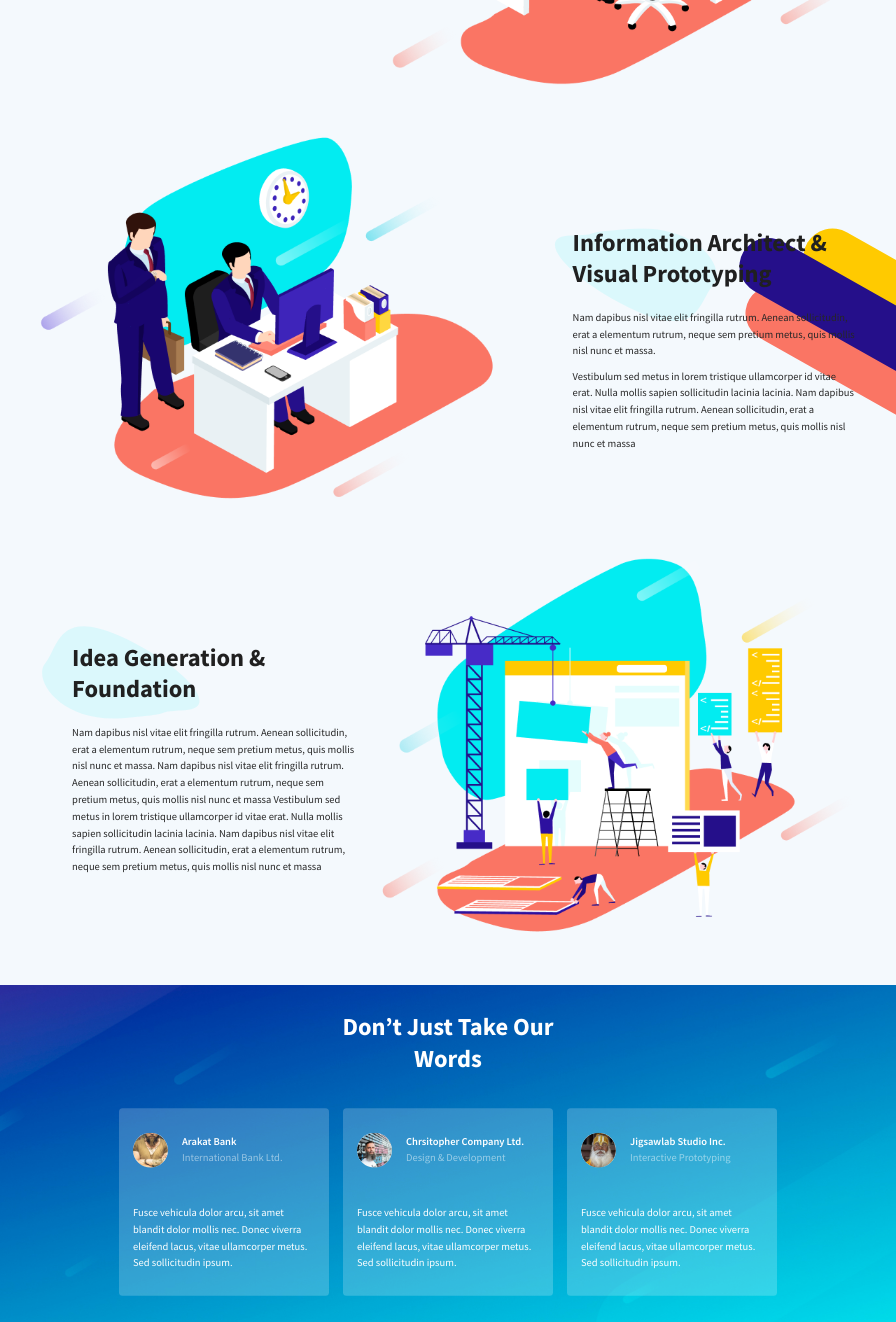
Repository: advert31337/marafon_from0to1_MartaUP
Page: index.html
The author's editor kept a copy of each file at every save. The page is drawn from the files as they stood at one save, then again after the next save.
The browser window is 1280 px wide. The pictures show the part of the page from y = 1833 to 3753 px (the page is 3722 px tall before and 3753 px after), at 70% of full size.

Above is the page before, as saved 2020-03-08 11:39:51.

### index.html
<!DOCTYPE html>
<html lang="en">

<head>
    <meta charset="UTF-8">
    <meta name="viewport" content="width=device-width, initial-scale=1.0">
    <title>Marafon MartaUP</title>
    <link href="https://fonts.googleapis.com/css?family=Source+Sans+Pro:400,600,700&display=swap" rel="stylesheet">
    <link rel="stylesheet" href="css/reset.css">
    <link rel="stylesheet" href="css/slick.css">
    <link rel="stylesheet" href="css/style.css">
</head>

<body>
    <header class="header">

        <div class="container">
            <div class="header__top">

                <div class="logo">
                    <a href="#!">+
                        <img src="images/logo.svg" alt="">
                    </a>
                </div>

                <nav class="menu">
                    <ul class="menu__list">
                        <li><a class="menu__list-item" href="#">home</a></li>
                        <li><a class="menu__list-item" href="#">work</a></li>
                        <li><a class="menu__list-item" href="#">about</a></li>
                        <li><a class="menu__list-item" href="#">contact</a></li>
                    </ul>
                </nav>

                <div class="header-btn">
                    <a class="login" href="#">login</a>
                    <a class="sign-up" href="#">sign up</a>
                </div>

            </div>

            <div class="header-slider">
                <div class="header-slider__item">
                    <div class="header-slider__item-content">

                        <div class="header-slider__item-info">
                            <h3 class="header-slider__title">
                                We Build Apps & Websites
                                for Your Business
                            </h3>
                            <div class="header-slider__description">
                                For startups, For businesses & For you
                            </div>
                            <a href="" class="header-slider__btn">Request a quote</a>
                        </div>

                        <div class="header-slider__item-images">
                            <img src="images/slider-img.png" alt="">
                        </div>
                    </div>
                </div>


                <div class="header-slider__item">
                    <div class="header-slider__item-content">

                        <div class="header-slider__item-info">
                            <h3 class="header-slider__title">
                                We Build Apps & Websites
                                for Your Business
                            </h3>
                            <div class="header-slider__description">
                                For startups, For businesses & For you
                            </div>
                            <a href="" class="header-slider__btn">Request a quote</a>
                        </div>

                        <div class="header-slider__item-images">
                            <img src="images/slider-img.png" alt="">
                        </div>
                    </div>
                </div>


                <div class="header-slider__item">
                    <div class="header-slider__item-content">

                        <div class="header-slider__item-info">
                            <h3 class="header-slider__title">
                                We Build Apps & Websites
                                for Your Business
                            </h3>
                            <div class="header-slider__description">
                                For startups, For businesses & For you
                            </div>
                            <a href="" class="header-slider__btn">Request a quote</a>
                        </div>

                        <div class="header-slider__item-images">
                            <img src="images/slider-img.png" alt="">
                        </div>
                    </div>
                </div>


                <div class="header-slider__item">
                    <div class="header-slider__item-content">

                        <div class="header-slider__item-info">
                            <h3 class="header-slider__title">
                                We Build Apps & Websites
                                for Your Business
                            </h3>
                            <div class="header-slider__description">
                                For startups, For businesses & For you
                            </div>
                            <a href="" class="header-slider__btn">Request a quote</a>
                        </div>

                        <div class="header-slider__item-images">
                            <img src="images/slider-img.png" alt="">
                        </div>
                    </div>
                </div>


                <div class="header-slider__item">
                    <div class="header-slider__item-content">

                        <div class="header-slider__item-info">
                            <h3 class="header-slider__title">
                                We Build Apps & Websites
                                for Your Business
                            </h3>
                            <div class="header-slider__description">
                                For startups, For businesses & For you
                            </div>
                            <a href="" class="header-slider__btn">Request a quote</a>
                        </div>

                        <div class="header-slider__item-images">
                            <img src="images/slider-img.png" alt="">
                        </div>
                    </div>
                </div>
            </div>

        </div>

    </header>

    <section class="specialised">
        <div class="container">
            <div class="specialised__title title">
                We are specialised in
            </div>
            <div class="specialised__items">
                <div class="specialised__item">
                    <div class="specialised__item-img">
                        <img src="images/specialise-1.svg" alt="">
                    </div>

                    <div class="specialise__item-title">
                        UI/UX Design
                    </div>
                    <div class="specialise__item-text">
                        In hac habitasse platea dictumstmus adipiscing fermentum quam volutpat aliquam. Integer cilisis tristique.
                    </div>
                </div>
                <div class="specialised__item">
                    <div class="specialised__item-img">
                        <img src="images/specialise-2.svg" alt="">
                    </div>
                    <div class="specialise__item-title">
                        Web Development
                    </div>
                    <div class="specialise__item-text">
                        In hac habitasse platea dictumstmus adipiscing fermentum quam volutpat aliquam. Integer cilisis tristique.
                    </div>
                </div>
                <div class="specialised__item">
                    <div class="specialised__item-img">
                        <img src="images/specialise-3.svg" alt="">
                    </div>
                    <div class="specialise__item-title">
                        App Development
                    </div>
                    <div class="specialise__item-text">
                        In hac habitasse platea dictumstmus adipiscing fermentum quam volutpat aliquam. Integer cilisis tristique.
                    </div>
                </div>
            </div>
        </div>
    </section>

    <section class="advantages">
        <div class="container">

            <div class="advantages-box">
                <div class="advantages-box__info">
                    <div class="advantages-box__title">
                        Experienced Designers & Developers
                    </div>
                    <div class="advantages-box__text">
                        <p>
                            Nam dapibus nisl vitae elit fringilla rutrum. Aenean sollicitudin, erat a elementum rutrum, neque sem pretium metus, quis mollis nisl nunc et massa.
                        </p>
                        <p>
                            Vestibulum sed metus in lorem tristique ullamcorper id vitae erat.
                        </p>
                    </div>
                </div>

                <div class="advantages-box__img">
                    <img src="images/advantages-1.png" alt="">
                </div>
            </div>

            <div class="advantages-box advantages-box--right">
                <div class="advantages-box__info">
                    <div class="advantages-box__title">
                        Information Architect &
                        Visual Prototyping
                    </div>
                    <div class="advantages-box__text">
                        <p>
                            Nam dapibus nisl vitae elit fringilla rutrum. Aenean sollicitudin, erat a elementum rutrum, neque sem pretium metus, quis mollis nisl nunc et massa.
                        </p>
                        <p>
                            Vestibulum sed metus in lorem tristique ullamcorper id vitae erat. Nulla mollis sapien sollicitudin lacinia lacinia. Nam dapibus nisl vitae elit fringilla rutrum. Aenean sollicitudin, erat a elementum rutrum, neque sem pretium metus, quis mollis nisl nunc et massa
                        </p>
                    </div>
                </div>
                <div class="advantages-box__img">
                    <img src="images/advantages-2.png" alt="">
                </div>
            </div>

            <div class="advantages-box">
                <div class="advantages-box__info advantages-box__info--bg">
                    <div class="advantages-box__title">
                        Idea Generation & Foundation
                    </div>
                    <div class="advantages-box__text">
                        <p>
                            Nam dapibus nisl vitae elit fringilla rutrum. Aenean sollicitudin, erat a elementum rutrum, neque sem pretium metus, quis mollis nisl nunc et massa. Nam dapibus nisl vitae elit fringilla rutrum. Aenean sollicitudin, erat a elementum rutrum, neque sem pretium metus, quis mollis nisl nunc et massa    Vestibulum sed metus in lorem tristique ullamcorper id vitae erat. Nulla mollis sapien sollicitudin lacinia lacinia. Nam dapibus nisl vitae elit fringilla rutrum. Aenean sollicitudin, erat a elementum rutrum, neque sem pretium metus, quis mollis nisl nunc et massa
                        </p>
                    </div>
                </div>

                <div class="advantages-box__img">
                    <img src="images/advantages-3.png" alt="">
                </div>
            </div>
        </div>
    </section>

    <section class="reviews">
        <div class="container">
            <div class="reviews__title title">
                Don’t Just Take Our Words
            </div>
            <div class="reviews__items">

                <div class="reviews__item">
                    <div class="reviews__item-head">
                        <img src="images/rev-1.jpg" alt="">
                        <div class="reviews__item-info">
                            <div class="reviews__item-name">
                                Arakat Bank
                            </div>
                            <div class="reviews__item-position">
                                International Bank Ltd.
                            </div>
                        </div>
                    </div>
                    <div class="reviews__item-text">
                        Fusce vehicula dolor arcu, sit amet blandit dolor mollis nec. Donec viverra eleifend lacus, vitae ullamcorper metus. Sed sollicitudin ipsum.
                    </div>
                </div>

                <div class="reviews__item">
                    <div class="reviews__item-head">
                        <img src="images/rev-2.jpg" alt="">
                        <div class="reviews__item-info">
                            <div class="reviews__item-name">
                                Chrsitopher Company Ltd.
                            </div>
                            <div class="reviews__item-position">
                                Design & Development
                            </div>
                        </div>
                    </div>
                    <div class="reviews__item-text">
                        Fusce vehicula dolor arcu, sit amet blandit dolor mollis nec. Donec viverra eleifend lacus, vitae ullamcorper metus. Sed sollicitudin ipsum.
                    </div>
                </div>

                <div class="reviews__item">
                    <div class="reviews__item-head">
                        <img src="images/rev-3.jpg" alt="">
                        <div class="reviews__item-info">
                            <div class="reviews__item-name">
                                Jigsawlab Studio Inc.
                            </div>
                            <div class="reviews__item-position">
                                Interactive Prototyping
                            </div>
                        </div>
                    </div>
                    <div class="reviews__item-text">
                        Fusce vehicula dolor arcu, sit amet blandit dolor mollis nec. Donec viverra eleifend lacus, vitae ullamcorper metus. Sed sollicitudin ipsum.
                    </div>
                </div>

            </div>
        </div>
    </section>

    <footer>

    </footer>


    <script src="https://ajax.googleapis.com/ajax/libs/jquery/3.4.1/jquery.min.js"></script>
    <script src="js/slick.min.js"></script>
    <script src="js/main.js"></script>
</body>

</html>

### css/style.css
*{
    box-sizing: border-box;
}

body {
    font-family: 'Source Sans Pro', sans-serif;
    font-size: 15px;
    line-height: 24px;
}

a {
    text-decoration: none;
    color: inherit;
}
.header {
    background-image: url('../images/header-bg.jpg');
    min-height: 793px;
    background-repeat: no-repeat;
    background-size: cover;
    background-position: top center;
}

.container {
    max-width: 1200px;
    margin: 0 auto;
    padding: 0 15px 0 15px;

}

.header__top {
    display: flex;
    justify-content: space-between;
    height: 100px;
    align-items: center;
}

.menu__list {
    display: flex;
}

.menu__list li + li {
    padding-left: 50px;

}

.login {
    margin-right: 44px;
    color: #fff;
    text-transform: uppercase;
    font-weight: 600;
}

.menu__list a{
    opacity: 0.5;
    color: #fff;
    font-weight: 600;
    text-transform: uppercase;
    transition: all 0.5s;
}

.menu__list a:hover {
    opacity: 1;
}

.sign-up {
    text-transform: uppercase;
    color: #250f8a;
    font-weight: 600;
    background-color: #fff;
    padding: 8px 43px;
    border-radius: 20px;

}

.header-slider {
    padding-top: 111px;
}
.header-slider__item {

}
.header-slider__item-content {
    display: flex;
    justify-content: space-between;
}
.header-slider__item-info {
    max-width: 506px;
    color:#fff;
}
.header-slider__title {
    font-weight: 700;
    font-size: 45px;
    line-height: 60px;
    margin-bottom: 10px;
}
.header-slider__description {
    line-height: 55px;
    font-size: 24px;
    margin-bottom: 60px;
}
.header-slider__btn {
    font-weight: 600;
    text-transform: uppercase;
    color: #250F8A;
    padding: 13px 39px;
    background-color: #FFCA00;
    border-radius: 25px;
}
.header-slider__item-images {
    margin: 10px 82px 0 0;
}

.header-dots{
    list-style: none;
    position: absolute;
    right: 0;
    top: 50%;
}

.header-dots button {
    border: none;
    background-color: #fff;
    opacity: 0.5;
    font-size: 0;
    padding: 0;
    width: 7px;
    height: 7px;
    border-radius: 3.5px;
    cursor: pointer;
    outline: none;
    margin: 10px auto;
    display: block;
}

.header-dots .slick-active button{
    width: 15px;
    opacity: 1;
}

.specialised{
    padding: 55px 0 93px;
    background-image: url(../images/special-bg.svg);
    background-position: left bottom;
    background-repeat: no-repeat;
    color: #202020;
    text-align: center;
}

.specialised__title {
    margin-bottom: 96px;
}
.title {
    font-size: 35px;
    line-height: 45px;
    font-weight: 700;
    text-align: center;
}

.specialised__items {
    display: flex;
    justify-content: space-between;
    max-width: 980px;
    margin: 0 auto;

}
.specialised__item {
    width: 280px;
}
.specialised__item-img {
    margin-bottom: 23px;
    min-height: 159px;
}
.specialise__item-title {
    margin-bottom: 11px;
    font-size: 20px;
    font-weight: 700;
}
.specialise__item-text {
   padding: 0 10px;
   color: #272727;
   opacity: 0.7;
}


.advantages {
    padding-top: 64px;
    background: #f4f9fd;
    background-image: url(../images/advantages-bg.svg);
    background-repeat: no-repeat;
    background-position: center right;
}

.advantages-box {
    display: flex;
    justify-content: space-between;
    padding-bottom: 76px;
}

 .advantages-box--right .advantages-box__info{
    order: 1;
    background-image: url(../images/title-bg-2.svg);
    background-position: 22px 130px;
}
.advantages-box__info {
    max-width: 455px;
    padding-top: 60px;
    background-image: url(../images/title-bg-1.svg);
    background-repeat: no-repeat;
    background-position: 22px 76px;
}

.advantages-box__info--bg{
    background-image: url(../images/title-bg-3.svg);
    background-position: 5px 105px;
}


.advantages-box__title {
    color: #202020;
    font-size: 35px;
    line-height: 45px;
    font-weight: 700;
    padding: 68px 0 15px 48px;

}
.advantages-box__text {
    padding-left: 48px;
    color: #272727;
}

.advantages-box__text p{
    margin: 12px 0;
}
.advantages-box__img {
}


.reviews {
    background-image: url(../images/reviews-bg.jpg);
    background-repeat: no-repeat;
    background-position: top center;
    background-size: cover;
    padding: 38px 53px;
}

.reviews__title {
    color: #fff;
    margin: 0 auto 48px;
    max-width: 384px;
}
.reviews__items {
    max-width: 940px;
    margin: 0 auto;
    display: flex;
    justify-content: space-between;
}
.reviews__item {
    width: 300px;
    border-radius: 5px;
    background-color: rgba(255, 255, 255, .2);
    padding: 35px 20px;
    color: #fff;
}
.reviews__item-head {
    margin-bottom: 13px;
    display: flex;
}

.reviews__item-head img{
    border-radius: 50%;
    margin-right: 20px;
}

.reviews__item-name {
    font-weight: 600;
}
.reviews__item-position {
    opacity: .5;
}
.reviews__item-text {
    padding-top: 39px;
}

### js/main.js
$(function(){
    $('.header-slider').slick({
        arrows: false,
        vertical: true,
        dots: true,
        dotsClass: 'header-dots',
        autoplay: 2000,

    })
})

Loaded but not shown: css/reset.css (common file); css/slick.css (common file); js/slick.min.js (library)

After the next save:
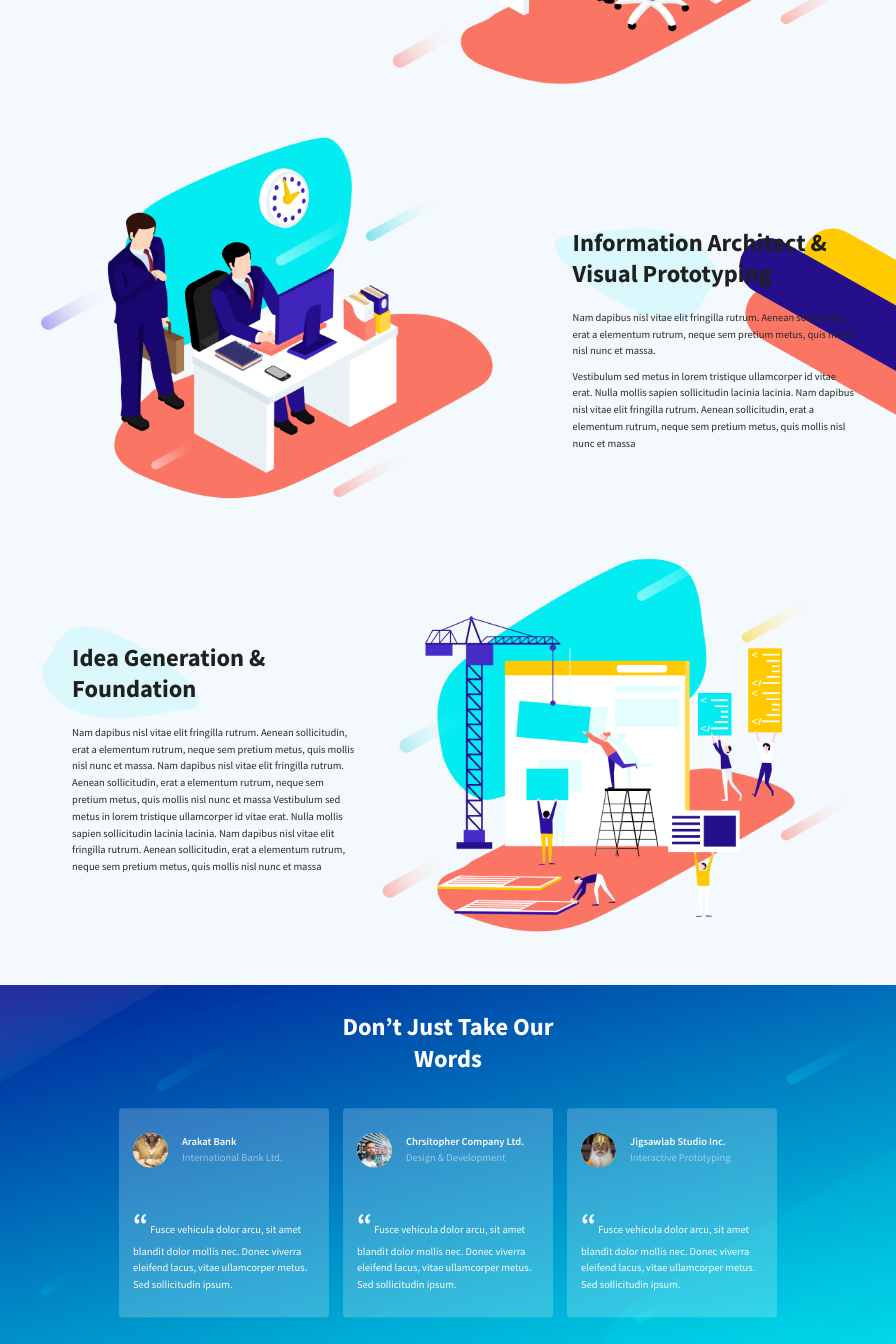
Saved 2 min 30 s later.
--- a/css/style.css
+++ b/css/style.css
@@ -279,3 +279,10 @@ a {
 .reviews__item-text {
     padding-top: 39px;
 }
+
+.reviews__item-text::before{
+    content: "“";
+    font-size: 40px;
+    line-height: 55px;
+    font-weight: 700;
+}

After the save that followed:
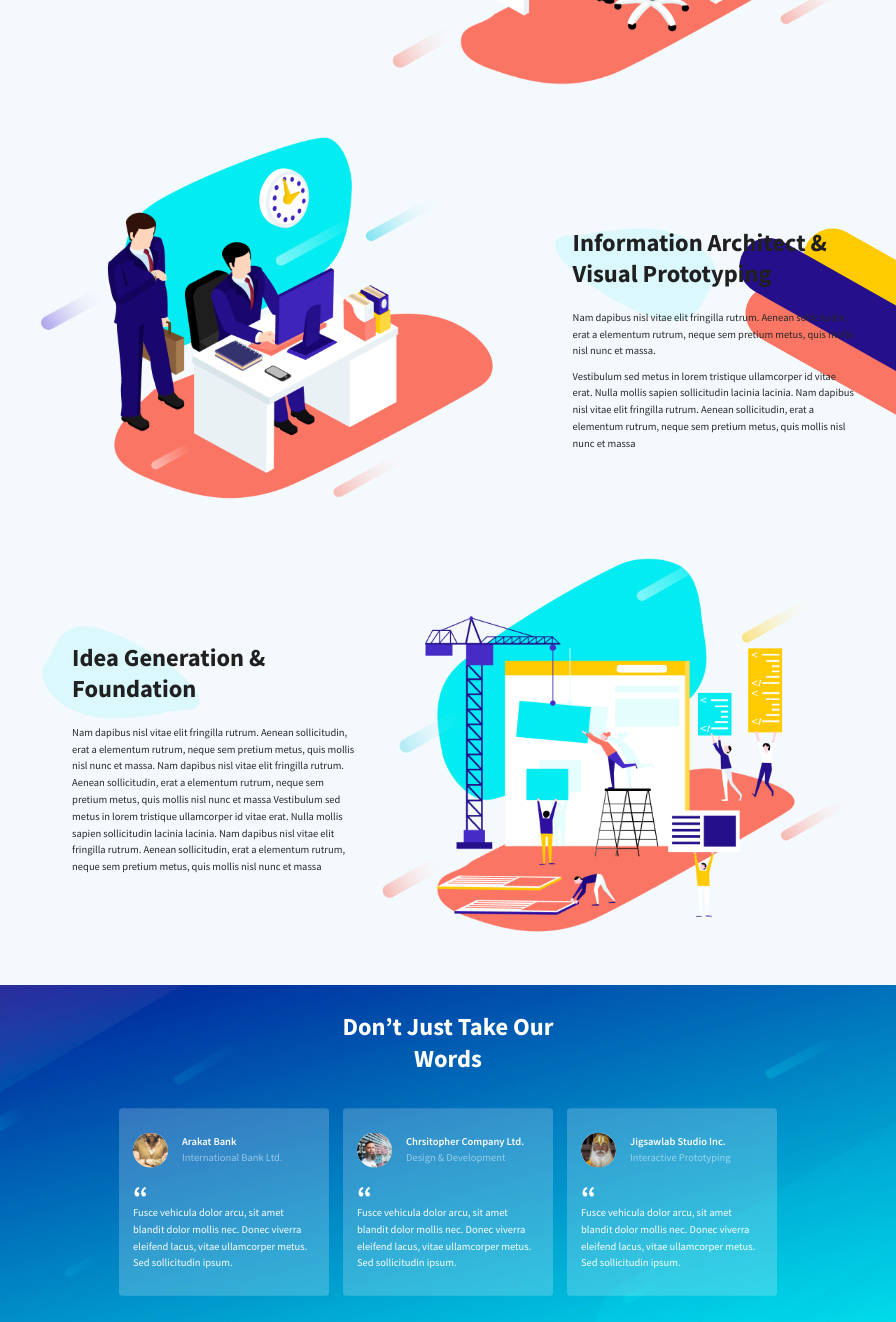
Saved 9 min 12 s later.
--- a/css/style.css
+++ b/css/style.css
@@ -278,6 +278,7 @@ a {
 }
 .reviews__item-text {
     padding-top: 39px;
+    position: relative;
 }
 
 .reviews__item-text::before{
@@ -285,4 +286,6 @@ a {
     font-size: 40px;
     line-height: 55px;
     font-weight: 700;
-}
+    position: absolute;
+    top: 0;
+}
